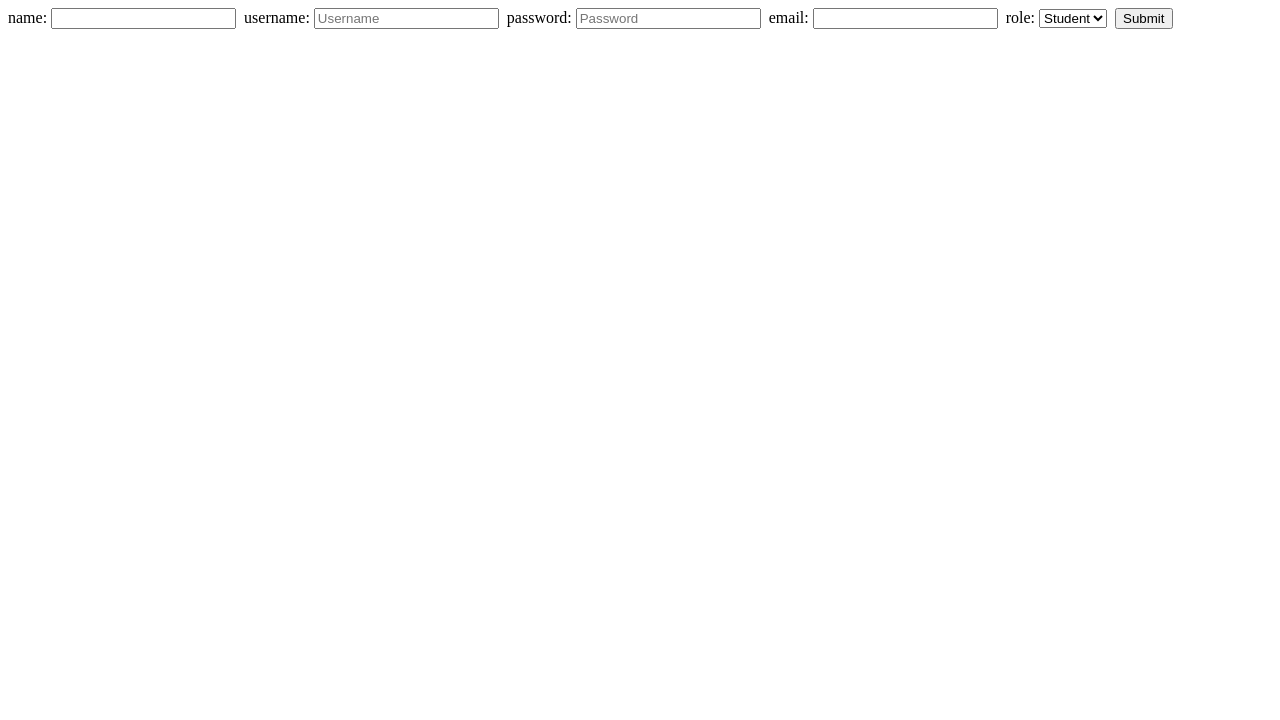
Repository: kkale14/My_allpr
Page: Kalyani1/src/main/webapp/Reg.html
An editor plug-in stored every save of this project. The page is shown before and after the next save, followed by the edit.
The browser window is 1280 px wide. The pictures show the whole page.

Above is the page before, as saved 2025-03-05 08:23:16.

After the next save:
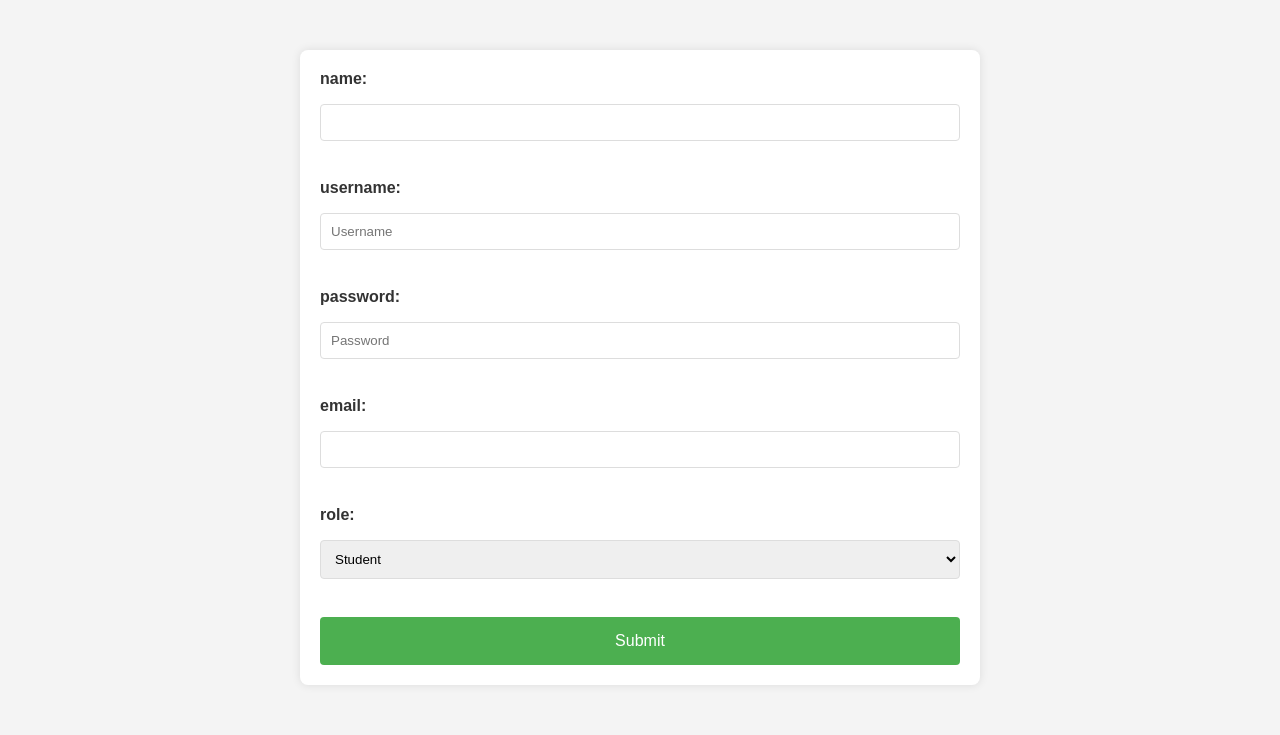
Saved 62 min 45 s later.
--- a/Kalyani1/src/main/webapp/Reg.html
+++ b/Kalyani1/src/main/webapp/Reg.html
@@ -6,6 +6,88 @@
 </head>
 <body>
 
+<style>
+
+
+
+/* General body styling */
+body {
+    font-family: Arial, sans-serif;
+    background-color: #f4f4f4;
+    margin: 0;
+    padding: 0;
+}
+
+/* Container for the form to center it and give it some padding */
+form {
+    width: 50%;
+    margin: 50px auto;
+    padding: 20px;
+    background-color: #fff;
+    border-radius: 8px;
+    box-shadow: 0 0 10px rgba(0, 0, 0, 0.1);
+}
+
+/* Style for the labels */
+label {
+    display: block;
+    margin-bottom: 8px;
+    font-weight: bold;
+    color: #333;
+}
+
+/* Style for the inputs */
+input[type="text"],
+input[type="password"],
+input[type="email"],
+select {
+    width: 100%;
+    padding: 10px;
+    margin: 8px 0 20px;
+    border: 1px solid #ddd;
+    border-radius: 4px;
+    box-sizing: border-box;
+}
+
+/* Submit button styling */
+input[type="submit"] {
+    background-color: #4CAF50;
+    color: white;
+    border: none;
+    padding: 15px 20px;
+    border-radius: 4px;
+    cursor: pointer;
+    font-size: 16px;
+    width: 100%;
+}
+
+input[type="submit"]:hover {
+    background-color: #45a049;
+}
+
+/* Link styling (for example, error.html) */
+a {
+    color: #4CAF50;
+    text-decoration: none;
+    font-size: 14px;
+}
+
+a:hover {
+    text-decoration: underline;
+}
+
+/* Adding some responsiveness for mobile view */
+@media screen and (max-width: 600px) {
+    form {
+        width: 90%;
+    }
+
+    input[type="submit"] {
+        width: 100%;
+    }
+}
+
+</style>
 <form action="Srvlt" method="service">
             <!-- Personal Information Section -->
 
